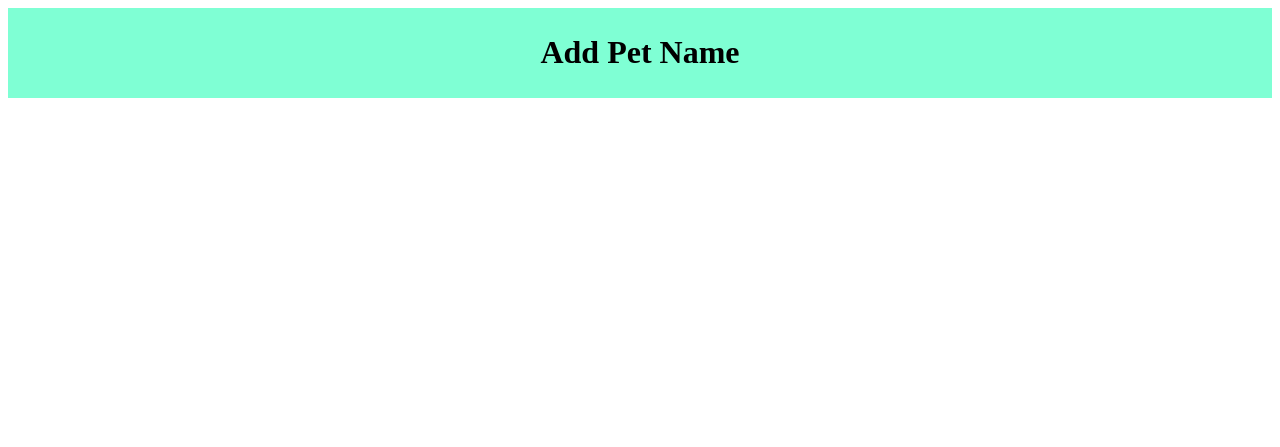
Repository: mutterbucket/TriplettTermProject4830
Page: workspaceCSCI4830-tech-excercise-Triplett/techExcerciseTriplett/WebContent/add_name.html
The author's editor kept a copy of each file at every save. The page is drawn from the files as they stood at one save, then again after the next save.
The browser window is 1280 px wide. The pictures show the whole page.

Above is the page before, as saved 2020-02-21 22:55:32.

### workspaceCSCI4830-tech-excercise-Triplett/techExcerciseTriplett/WebContent/add_name.html
<!DOCTYPE html>
<html>
<head>
<meta charset="ISO-8859-1">
<style type="text/css">
header {
    background-color:aquamarine;
    color: black;
    text-align: center;
    padding: 5px;
}
nav {
    line-height:30px;
    background-color:cornsilk;
    height:300px;
    width:100px;
    float:left;
    padding:5px;
}
section {
    width:350px;
    float:left;
    padding:10px;
}
footer {
    background-color:19FFBD;
    color:black;
    clear:both;
    text-align:center;
    padding:5px;
}
</style>
</head>
<body>
<header>
<h1>Add Pet Name</h1>
</header>
<body>

</body>
</html>

After the next save:
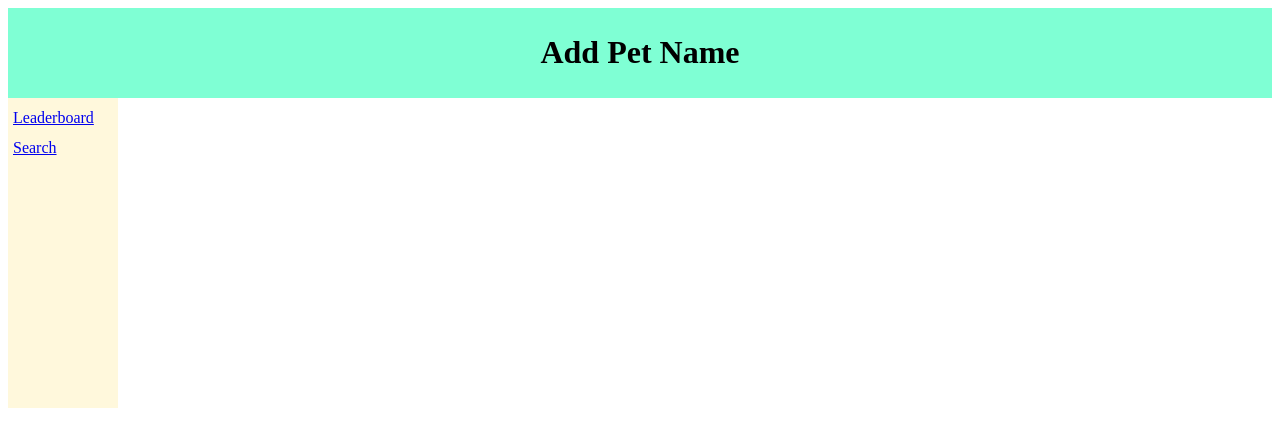
Saved 3 min 0 s later.
--- a/workspaceCSCI4830-tech-excercise-Triplett/techExcerciseTriplett/WebContent/add_name.html
+++ b/workspaceCSCI4830-tech-excercise-Triplett/techExcerciseTriplett/WebContent/add_name.html
@@ -35,7 +35,11 @@ footer {
 <header>
 <h1>Add Pet Name</h1>
 </header>
-<body>
+
+<nav>
+<a href="/techExcerciseTriplett/leaderboard.html">Leaderboard</a> <br>
+<a href="/techExcerciseTriplett/home_search.html">Search</a> <br>
+</nav>
 
 </body>
 </html>
